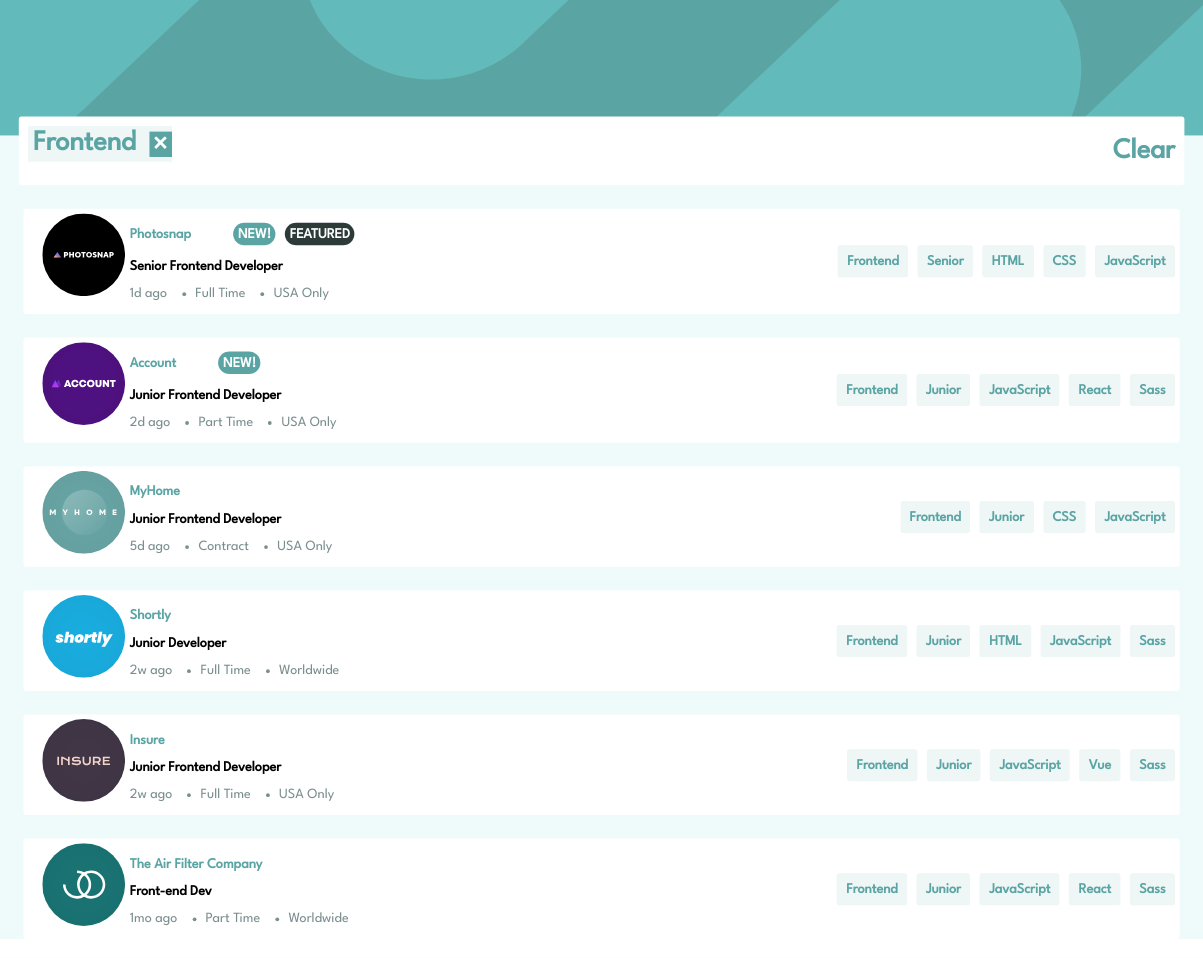
Repository: DevLaukey/job-listing
Page: /, after clicking the first element matching `div.category`
These files come from the project's save history. The page is drawn as it stood at one moment and after the next save; the edit follows.
The browser window is 1280 px wide. The pictures show the whole page, at 94% of full size.
Some web fonts or font styles are not loaded; a fallback is used. The project was rebuilt for these pictures with package versions that can differ from the ones it lists, and the page was loaded fresh each time.

Above is the page before, as saved 2022-06-06 00:32:49.

### src/App.js
import { useState } from "react";
import "./App.css";
import Filter from "./components/Filter";
import Header from "./components/Header";
import Tablet from "./components/Tablet";
import data from "./data.json";

function App() {
  const [tagList, setTagList] = useState([]);


    function filterTag(e) {
      if (tagList.length === 0) {
        return true;
      } else {
        let jobTags = [e.role, e.level, ...e.languages, ...e.tools];

        return tagList.every((tag) => jobTags.includes(tag));
      }
    }
  // const tablets = data.map((data) =>
  // (<Tablet
  //   key={data.id}
  //   company={data.company}
  //   neew={data.new}
  //   featured={data.featured}
  //   position={data.position}
  //   role={data.role}
  //   level={data.level}
  //   postedAt={data.postedAt}
  //   contract={data.contract}
  //   location={data.location}
  //   languages={data.languages}
  //   tools={data.tools}
  //   logo={data.logo} />));


  return (
    <div className="App">
      <Header onClick={setTagList} tagList={tagList} />
      {data
        .filter((e) => filterTag(e))
        .map((e, id) => (
          <Tablet onClick={setTagList} tagList={tagList} key={id} data={e} />
        ))}
      {/* <Filter />
      <div className="content">{tablets}</div> */}
    </div>
  );
}

export default App;

### src/App.css
@import url('https://fonts.googleapis.com/css2?family=Grape+Nuts&family=League+Spartan&display=swap');
*{
  margin: 0;
  padding: 0;
  box-sizing: border-box;
}
.App{
  background-color: hsl(180, 52%, 96%);
  font-size: 15px;
}

### src/components/Filter.js
function Filter(Props) {
  function handleClick(tagNameTarget) {
    Props.onClick(Props.tagList.filter((tag) => tag !== tagNameTarget));
  }

  if (Props.tagList.length === 0) {
    return "";
  } else {
    return (
      <div className="tablet filter">
          {Props.tagList.map((e, id) => (
            <>
        <div className="option">
              <h1 className="front-end" key={id}>
                {e}
              </h1>
              <div className="icon" onClick={() => handleClick(e)}>
                <svg xmlns="http://www.w3.org/2000/svg" width="14" height="14">
                  <path
                    fill="#FFF"
                    fill-rule="evenodd"
                    d="M11.314 0l2.121 2.121-4.596 4.596 4.596 4.597-2.121 2.121-4.597-4.596-4.596 4.596L0 11.314l4.596-4.597L0 2.121 2.121 0l4.596 4.596L11.314 0z"
                  />
                </svg>
                </div>
                </div>
            </>
          ))}
          <h1 className="clear" onClick={() => Props.onClick([])}>
            Clear
          </h1>
        </div>
    );
  }
}

export default Filter;

### src/components/Header.js
import React from 'react'
import Filter from './Filter'
import "./styles.css"

function Header(Props) {
  return (
    <>
      <header className="header"></header>
      <Filter onClick={Props.onClick} tagList={Props.tagList} />
    </>
  );
}

export default Header

### src/components/Tablet.js
import "./styles.css";
import Tagbox from "./Tagbox";

function Tablet(props) {
    let {logo, company, featured, position, postedAt, contract, location,level, role, languages, tools} = props.data;

  let neew = props.data.new;
  return (
    <div className="tablet ">
      <div className="tablet_content">
        <div className="desktop">
          <img className="image" src={logo} alt="" />
          <div className="block">
            <div className="heading">
              <div className="company">
                <p>{company}</p>
              </div>
              <div>{neew && <p className="new">NEW!</p>}</div>
              <div>{featured && <p className="featured">FEATURED</p>}</div>
            </div>

            <div className="title">
              <p>{position}</p>
            </div>
            <div className="details">
              <p>{postedAt}</p>
              <ul className="list">
                <li>{contract}</li>
                <li className="country">{location}</li>
              </ul>
            </div>
          </div>
        </div>
        <hr className="line" />
      </div>
      <div className="tags">
        <Tagbox
          onClick={props.onClick}
          tagList={props.tagList}
          tagName={role}
        />
        <Tagbox
          onClick={props.onClick}
          tagList={props.tagList}
          tagName={level}
        />
        {languages.map((e, id) => (
          <Tagbox
            onClick={props.onClick}
            tagList={props.tagList}
            key={`${id}_${id}_languages`}
            tagName={e}
          />
        ))}
        {tools.map((e, id) => (
          <Tagbox
            onClick={props.onClick}
            tagList={props.tagList}
            key={`${id}_${id}_tools`}
            tagName={e}
          />
        ))}
      </div>
    </div>
  );
}

export default Tablet;

### src/components/styles.css
.header {
  background-image: url(../assets/bg-header-mobile.svg);
  padding: 10vh;
  background-color: hsl(180, 29%, 50%);
}
.tablet {
  background-color: white;
  margin: 25px 25px 20px 25px;
  font-family: "League Spartan", sans-serif;
  border-radius: 3px;
  font-weight: 700;
}
.tablet:hover {
  transition: 0.2s ease-in-out;
  border-left: 3px solid hsl(180, 29%, 50%);
}
.tablet_content {
  margin-left: 15px;
  margin-right: 30px;
  align-items: center;
}
.image {
  height: 50px;
  margin-top: -20px;
}
.heading {
  margin-top: 15px;
  display: flex;
}
.company {
  color: hsl(180, 29%, 50%);
  margin-right: 3em;
  margin-top: 5px;
}
.new {
  background-color: hsl(180, 29%, 50%);
  padding: 5px;
  color: white;
  border-radius: 25px;
  margin-right: 10px;
}
.featured {
  background-color: hsl(180, 14%, 20%);
  padding: 5px;
  color: white;
  border-radius: 25px;
}
.title {
  margin-top: 15px;
}
.title:hover {
  cursor: pointer;
  color: hsl(180, 29%, 50%);
}
.details {
  display: flex;
  color: hsl(180, 8%, 52%);
  font-weight: 400;
  margin-top: 15px;
  margin-bottom: 15px;
}
.list {
  display: flex;
  margin-left: 2em;
}
.country {
  margin-left: 2em;
}
.line {
  margin-bottom: 15px;
  color: gray;
}
.tags {
  color: hsl(180, 29%, 50%);
  display: flex;
  flex-wrap: wrap;
}
.category {
  background-color: hsl(180, 31%, 95%);
  padding: 10px;
  border-radius: 3px;
  margin: 5px;
}

.filter {
  display: flex;
  padding: 10px;
  border-radius: 3px;
  margin: -20px 20px 5px 20px;
  flex-wrap: wrap;
  justify-content: space-between;
}
.option {
  background-color: hsl(180, 31%, 95%);
  color: hsl(180, 29%, 50%);
  display: flex;
  align-items: center;
  width: fit-content;
  margin-bottom: 15px;
}
.front-end {
  padding: 5px;
}
.icon {
  margin-left: 10px;
  flex-grow: 1;
  height: 100%;
  padding: 5px;
  background-color: hsl(180, 29%, 50%);
}
.icon:hover {
  background-color: hsl(180, 14%, 20%);
  transition: 0.2s ease-in-out;
}
.clear {
  color: hsl(180, 29%, 50%);
}
.clear:hover {
  cursor: pointer;
  padding: 3px;
  text-decoration: underline;
  transition: 0.2s ease-in-out;
}
.desktop {
  display: block;
}
.category:hover {
  transition: 0.2s ease-in-out;
  cursor: pointer;
  background-color: hsl(180, 29%, 50%);
  color: white;
}
/* media query */

@media screen and (min-width: 768px) {
  .header {
    background-image: url(../assets/bg-header-desktop.svg);
  }
  .line {
    display: none;
  }
  .tablet {
    display: flex;
    align-items: center;
    justify-content: space-between;
  }
  .desktop {
    display: flex;
  }
  .image {
    margin: 0;
    padding: 5px;
    height: 100%;
  }
}

### src/components/Tagbox.js
import React from "react";

function Tagbox(Props) {
  function handleClick() {
    if (Props.tagList.includes(Props.tagName)) {
      return;
    } else {
      Props.onClick([...Props.tagList, Props.tagName]);
    }
  }
  return <div class="category" onClick={handleClick}> {Props.tagName}</div>;
}

export default Tagbox;

Loaded but not shown: public/index.html (common file); src/index.js (common file); src/index.css (common file); src/reportWebVitals.js (common file); src/data.json (common file)

After the next save:
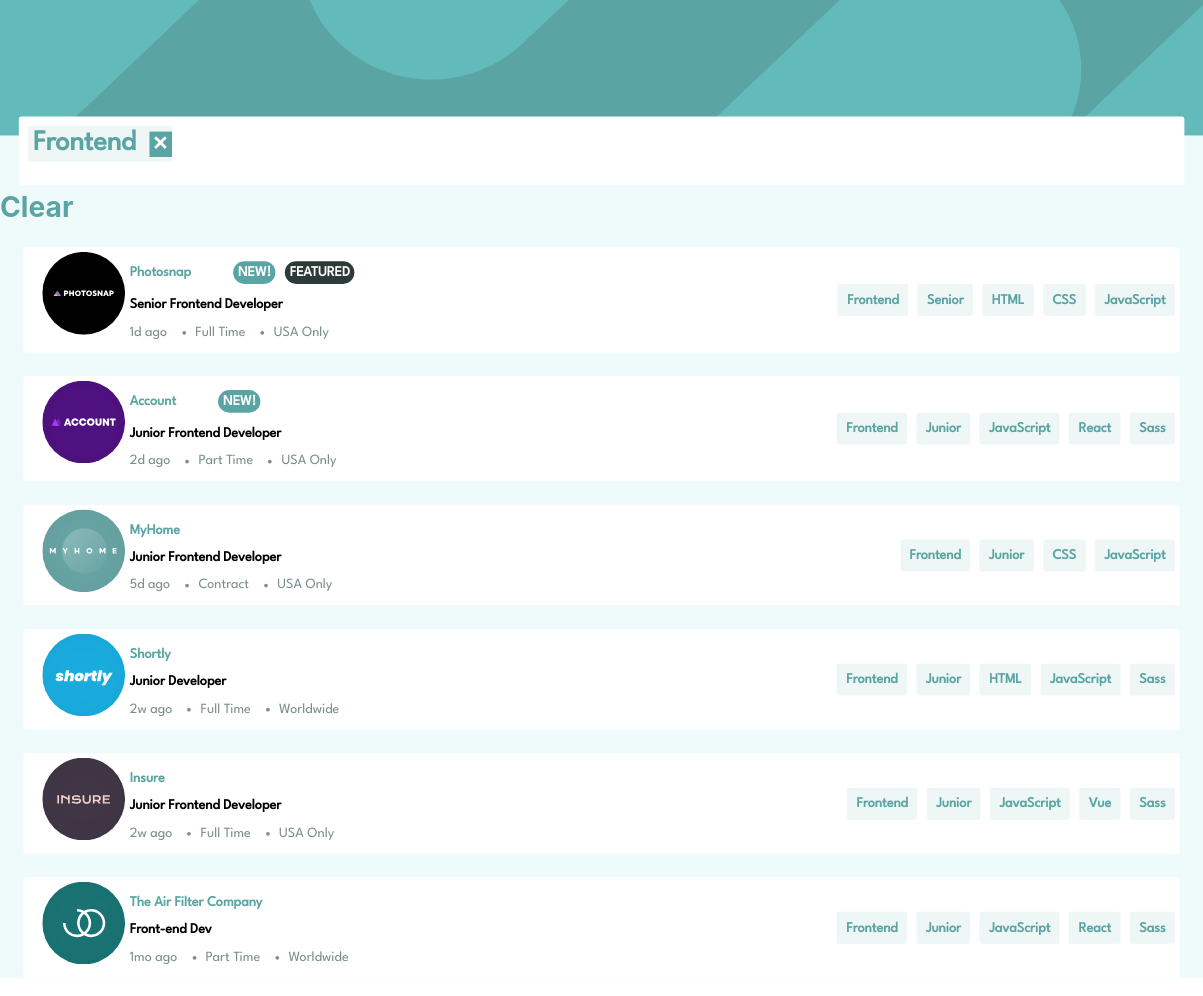
Saved 67 s later.
--- a/src/components/Filter.js
+++ b/src/components/Filter.js
@@ -7,9 +7,9 @@ function Filter(Props) {
     return "";
   } else {
     return (
-      <div className="tablet filter">
+      <>
           {Props.tagList.map((e, id) => (
-            <>
+            <div className="tablet filter">
         <div className="option">
               <h1 className="front-end" key={id}>
                 {e}
@@ -24,12 +24,14 @@ function Filter(Props) {
                 </svg>
                 </div>
                 </div>
-            </>
+            </div>
+
           ))}
           <h1 className="clear" onClick={() => Props.onClick([])}>
             Clear
           </h1>
-        </div>
+      </>
+
     );
   }
 }
